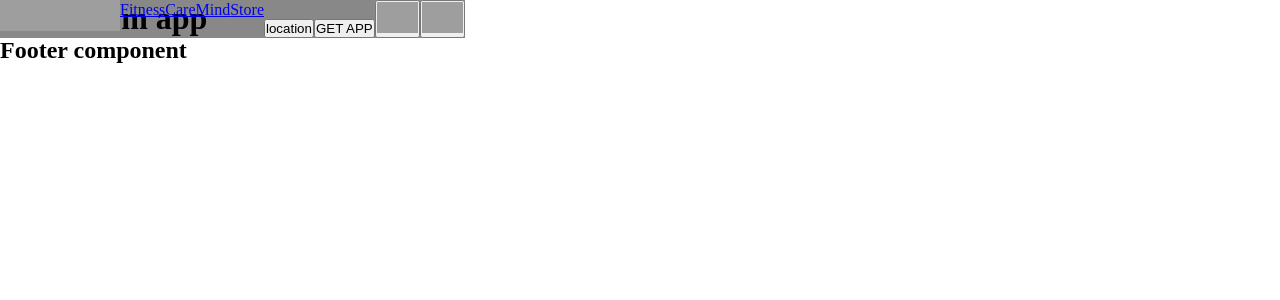
Repository: 1sanjeetsharma/cult-fit-clone
Page: /
The author's editor kept a copy of each file at every save. The page is drawn from the files as they stood at one save, then again after the next save.
The browser window is 1280 px wide. The pictures show the whole page.
Pictures or frames that could not be fetched are drawn as grey boxes. The project was rebuilt for these pictures with package versions that can differ from the ones it lists, and the page was loaded fresh each time. Also part of the build but not shown: vite.config.js.

Above is the page before, as saved 2023-07-22 22:39:47.

After the next save:
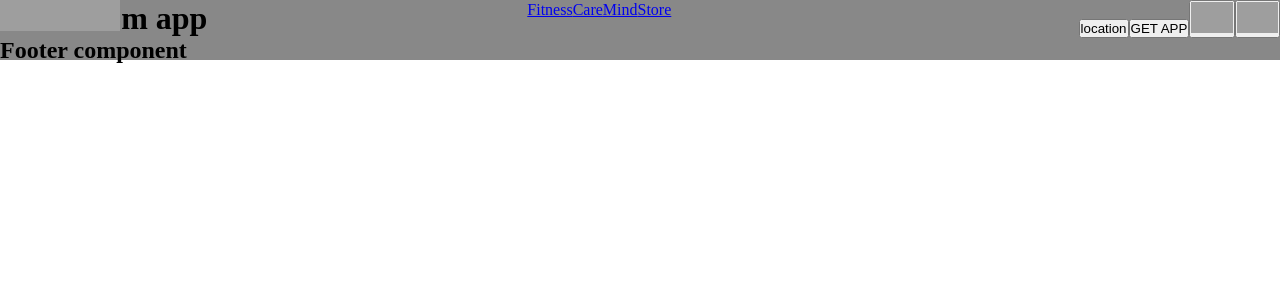
Saved 11 s later.
--- a/src/components/body/Navbar/navbar.css
+++ b/src/components/body/Navbar/navbar.css
@@ -6,7 +6,7 @@
 	position: fixed;
 	display: flexbox;
 	top: 0px;
-    height: 60px
+	height: 60px;
 	width: 100%;
 
 	/* align-content: center; */
@@ -31,5 +31,4 @@ nav {
 	justify-content: space-between;
 }
 .tabs {
-
 }
